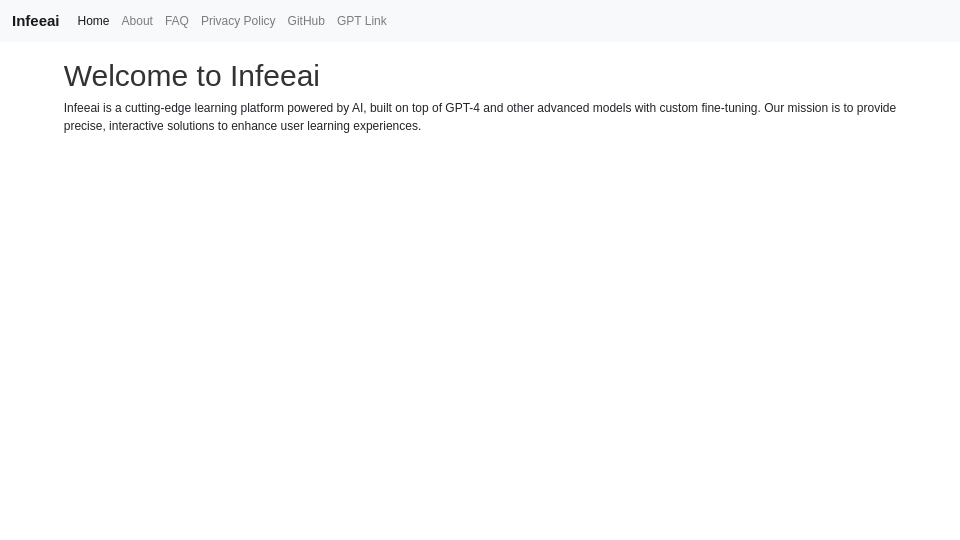
Repository: sundarsharma332/infeeaigpt
Page: index.html
An editor plug-in stored every save of this project. The page is shown before and after the next save, followed by the edit.
The browser window is 1280 px wide. The pictures show the whole page, at 75% of full size.

Above is the page before, as saved 2024-07-29 15:17:31.

### index.html
<!DOCTYPE html>
<html lang="en">

<head>
    <meta charset="UTF-8">
    <meta name="viewport" content="width=device-width, initial-scale=1.0">
    <title>Infeeai - AI-Powered Learning Solutions</title>
    <link href="https://maxcdn.bootstrapcdn.com/bootstrap/4.5.2/css/bootstrap.min.css" rel="stylesheet">
    <link rel="stylesheet" href="./css/style.css">
</head>

<body>
    <nav class="navbar navbar-expand-lg navbar-light bg-light">
        <a class="navbar-brand" href="#">Infeeai</a>
        <button class="navbar-toggler" type="button" data-toggle="collapse" data-target="#navbarNav"
            aria-controls="navbarNav" aria-expanded="false" aria-label="Toggle navigation">
            <span class="navbar-toggler-icon"></span>
        </button>
        <div class="collapse navbar-collapse" id="navbarNav">
            <ul class="navbar-nav">
                <li class="nav-item active">
                    <a class="nav-link" href="#" onclick="loadPage('home')">Home</a>
                </li>
                <li class="nav-item">
                    <a class="nav-link" href="#" onclick="loadPage('about')">About</a>
                </li>
                <li class="nav-item">
                    <a class="nav-link" href="#" onclick="loadPage('faq')">FAQ</a>
                </li>
                <li class="nav-item">
                    <a class="nav-link" href="#" onclick="loadPage('privacy')">Privacy Policy</a>
                </li>
                <li class="nav-item">
                    <a class="nav-link" href="https://github.com/your-repo" target="_blank">GitHub</a>
                </li>
                <li class="nav-item">
                    <a class="nav-link" href="https://gpt-link.com" target="_blank">GPT Link</a>
                </li>
            </ul>
        </div>
    </nav>

    <div class="container" id="content">
        <!-- Dynamic content will be loaded here -->
    </div>

    <script src="https://code.jquery.com/jquery-3.5.1.min.js"></script>
    <script src="https://cdnjs.cloudflare.com/ajax/libs/popper.js/1.16.0/umd/popper.min.js"></script>
    <script src="https://maxcdn.bootstrapcdn.com/bootstrap/4.5.2/js/bootstrap.min.js"></script>
    <script src="./js/app.js"></script>
</body>

</html>

### css/style.css
body {
    font-family: Arial, sans-serif;
}

.container {
    margin-top: 20px;
}

.navbar-brand {
    font-weight: bold;
}

h1,
h2 {
    color: #333;
}

p {
    margin-bottom: 20px;
}

### js/app.js
document.addEventListener('DOMContentLoaded', (event) => {
    loadPage('home');
});

function loadPage(page) {
    let content = document.getElementById('content');
    switch (page) {
        case 'home':
            content.innerHTML = `
                <h1>Welcome to Infeeai</h1>
                <p>Infeeai is a cutting-edge learning platform powered by AI, built on top of GPT-4 and other advanced models with custom fine-tuning. Our mission is to provide precise, interactive solutions to enhance user learning experiences.</p>
            `;
            break;
        case 'about':
            content.innerHTML = `
                <h1>About Infeeai</h1>
                <p>Infeeai is designed to provide precise, interactive solutions by attentively listening to users and asking for clarifications when needed. It ensures all interactions are contextually relevant and useful.</p>
            `;
            break;
        case 'faq':
            content.innerHTML = `
                <h1>Frequently Asked Questions</h1>
                <p><strong>Q1:</strong> How does Infeeai work?<br><strong>A1:</strong> Infeeai listens attentively to users, asks for clarifications, and ensures it provides precise, interactive solutions.</p>
                <p><strong>Q2:</strong> What models does Infeeai use?<br><strong>A2:</strong> Infeeai is built on top of GPT-4 and other advanced models with custom fine-tuning.</p>
            `;
            break;
        case 'privacy':
            content.innerHTML = `
                <h1>Privacy Policy</h1>
                <p>Welcome to Infeeai - The learning solutions powered by AI. Our service, built on top of GPT-4 and other models with custom fine-tuning, is designed to provide precise, interactive solutions by attentively listening to users and asking for clarifications when needed.</p>
                <h2>Information Collection and Use</h2>
                <p>We collect various types of information in connection with the services we provide, including:</p>
                <ul>
                    <li>Personal information such as your name, email address, and contact details.</li>
                    <li>Usage data including interactions with our AI, preferences, and feedback.</li>
                </ul>
                <h2>How We Use Information</h2>
                <p>We use the collected information to:</p>
                <ul>
                    <li>Provide and maintain our service.</li>
                    <li>Improve and personalize user experience.</li>
                    <li>Understand and analyze how our service is used.</li>
                    <li>Communicate with users, including sending updates and notifications.</li>
                </ul>
                <h2>Data Security</h2>
                <p>Your data security is important to us. We implement various measures to ensure the safety and confidentiality of your information. However, please note that no method of transmission over the internet or electronic storage is 100% secure.</p>
                <h2>Changes to This Privacy Policy</h2>
                <p>We may update our Privacy Policy from time to time. We will notify you of any changes by posting the new Privacy Policy on this page.</p>
                <h2>Contact Us</h2>
                <p>If you have any questions about this Privacy Policy, please contact us at <a href="mailto:info@infeeai.com">info@infeeai.com</a>.</p>
            `;
            break;
        default:
            content.innerHTML = '<h1>Page Not Found</h1>';
            break;
    }
}

After the next save:
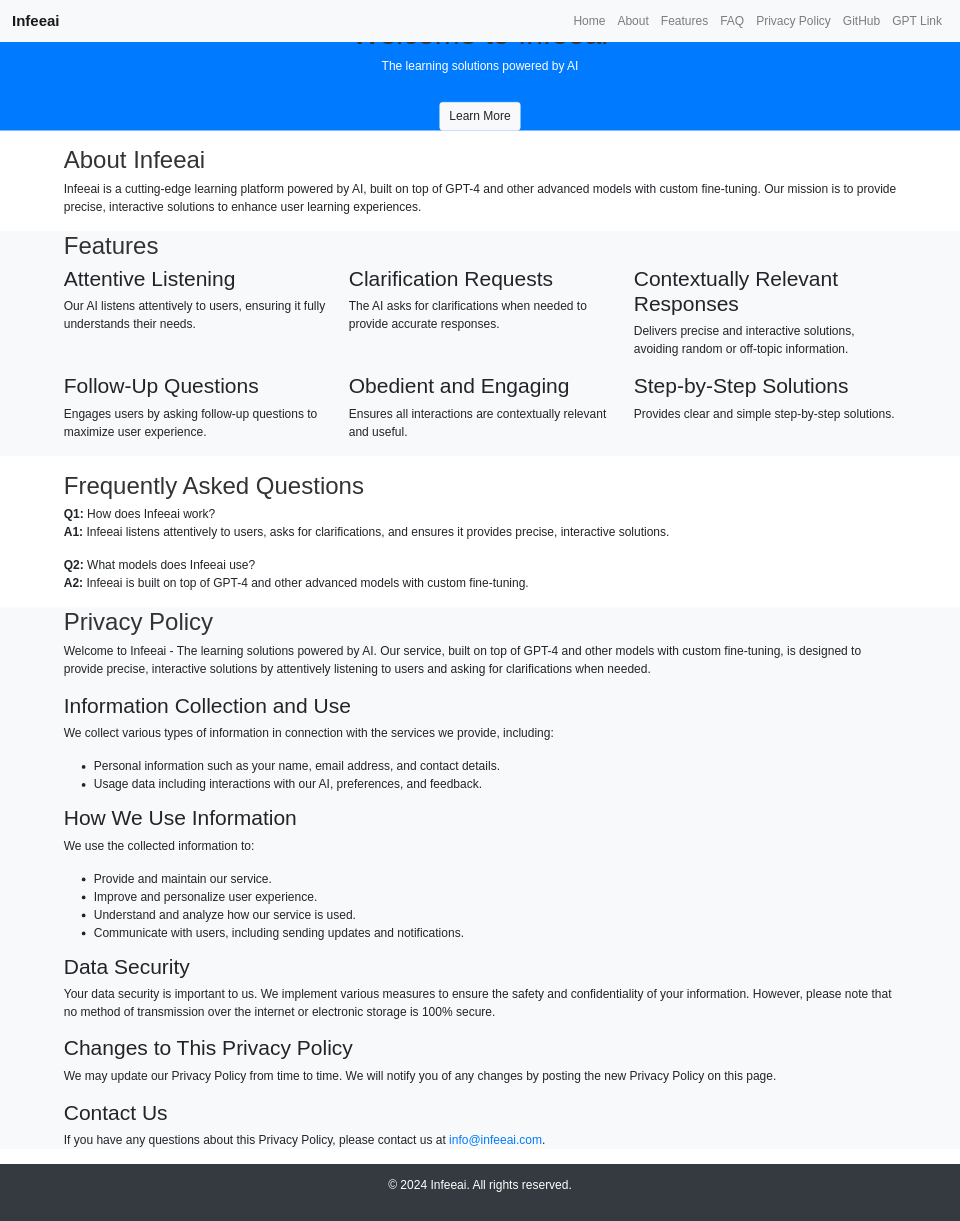
Console error: TypeError: Cannot set properties of null (setting 'innerHTML')
Saved 4 min 14 s later.
--- a/index.html
+++ b/index.html
@@ -10,25 +10,28 @@
 </head>
 
 <body>
-    <nav class="navbar navbar-expand-lg navbar-light bg-light">
+    <nav class="navbar navbar-expand-lg navbar-light bg-light fixed-top">
         <a class="navbar-brand" href="#">Infeeai</a>
         <button class="navbar-toggler" type="button" data-toggle="collapse" data-target="#navbarNav"
             aria-controls="navbarNav" aria-expanded="false" aria-label="Toggle navigation">
             <span class="navbar-toggler-icon"></span>
         </button>
         <div class="collapse navbar-collapse" id="navbarNav">
-            <ul class="navbar-nav">
-                <li class="nav-item active">
-                    <a class="nav-link" href="#" onclick="loadPage('home')">Home</a>
+            <ul class="navbar-nav ml-auto">
+                <li class="nav-item">
+                    <a class="nav-link" href="#home">Home</a>
                 </li>
                 <li class="nav-item">
-                    <a class="nav-link" href="#" onclick="loadPage('about')">About</a>
+                    <a class="nav-link" href="#about">About</a>
                 </li>
                 <li class="nav-item">
-                    <a class="nav-link" href="#" onclick="loadPage('faq')">FAQ</a>
+                    <a class="nav-link" href="#features">Features</a>
                 </li>
                 <li class="nav-item">
-                    <a class="nav-link" href="#" onclick="loadPage('privacy')">Privacy Policy</a>
+                    <a class="nav-link" href="#faq">FAQ</a>
+                </li>
+                <li class="nav-item">
+                    <a class="nav-link" href="#privacy">Privacy Policy</a>
                 </li>
                 <li class="nav-item">
                     <a class="nav-link" href="https://github.com/your-repo" target="_blank">GitHub</a>
@@ -40,9 +43,103 @@
         </div>
     </nav>
 
-    <div class="container" id="content">
-        <!-- Dynamic content will be loaded here -->
-    </div>
+    <section id="home" class="section bg-primary text-white text-center">
+        <div class="container">
+            <h1>Welcome to Infeeai</h1>
+            <p>The learning solutions powered by AI</p>
+            <a href="#about" class="btn btn-light mt-3">Learn More</a>
+        </div>
+    </section>
+
+    <section id="about" class="section">
+        <div class="container">
+            <h2>About Infeeai</h2>
+            <p>Infeeai is a cutting-edge learning platform powered by AI, built on top of GPT-4 and other advanced
+                models with custom fine-tuning. Our mission is to provide precise, interactive solutions to enhance user
+                learning experiences.</p>
+        </div>
+    </section>
+
+    <section id="features" class="section bg-light">
+        <div class="container">
+            <h2>Features</h2>
+            <div class="row">
+                <div class="col-md-4">
+                    <h3>Attentive Listening</h3>
+                    <p>Our AI listens attentively to users, ensuring it fully understands their needs.</p>
+                </div>
+                <div class="col-md-4">
+                    <h3>Clarification Requests</h3>
+                    <p>The AI asks for clarifications when needed to provide accurate responses.</p>
+                </div>
+                <div class="col-md-4">
+                    <h3>Contextually Relevant Responses</h3>
+                    <p>Delivers precise and interactive solutions, avoiding random or off-topic information.</p>
+                </div>
+            </div>
+            <div class="row">
+                <div class="col-md-4">
+                    <h3>Follow-Up Questions</h3>
+                    <p>Engages users by asking follow-up questions to maximize user experience.</p>
+                </div>
+                <div class="col-md-4">
+                    <h3>Obedient and Engaging</h3>
+                    <p>Ensures all interactions are contextually relevant and useful.</p>
+                </div>
+                <div class="col-md-4">
+                    <h3>Step-by-Step Solutions</h3>
+                    <p>Provides clear and simple step-by-step solutions.</p>
+                </div>
+            </div>
+        </div>
+    </section>
+
+    <section id="faq" class="section">
+        <div class="container">
+            <h2>Frequently Asked Questions</h2>
+            <p><strong>Q1:</strong> How does Infeeai work?<br><strong>A1:</strong> Infeeai listens attentively to users,
+                asks for clarifications, and ensures it provides precise, interactive solutions.</p>
+            <p><strong>Q2:</strong> What models does Infeeai use?<br><strong>A2:</strong> Infeeai is built on top of
+                GPT-4 and other advanced models with custom fine-tuning.</p>
+        </div>
+    </section>
+
+    <section id="privacy" class="section bg-light">
+        <div class="container">
+            <h2>Privacy Policy</h2>
+            <p>Welcome to Infeeai - The learning solutions powered by AI. Our service, built on top of GPT-4 and other
+                models with custom fine-tuning, is designed to provide precise, interactive solutions by attentively
+                listening to users and asking for clarifications when needed.</p>
+            <h3>Information Collection and Use</h3>
+            <p>We collect various types of information in connection with the services we provide, including:</p>
+            <ul>
+                <li>Personal information such as your name, email address, and contact details.</li>
+                <li>Usage data including interactions with our AI, preferences, and feedback.</li>
+            </ul>
+            <h3>How We Use Information</h3>
+            <p>We use the collected information to:</p>
+            <ul>
+                <li>Provide and maintain our service.</li>
+                <li>Improve and personalize user experience.</li>
+                <li>Understand and analyze how our service is used.</li>
+                <li>Communicate with users, including sending updates and notifications.</li>
+            </ul>
+            <h3>Data Security</h3>
+            <p>Your data security is important to us. We implement various measures to ensure the safety and
+                confidentiality of your information. However, please note that no method of transmission over the
+                internet or electronic storage is 100% secure.</p>
+            <h3>Changes to This Privacy Policy</h3>
+            <p>We may update our Privacy Policy from time to time. We will notify you of any changes by posting the new
+                Privacy Policy on this page.</p>
+            <h3>Contact Us</h3>
+            <p>If you have any questions about this Privacy Policy, please contact us at <a
+                    href="mailto:info@infeeai.com">info@infeeai.com</a>.</p>
+        </div>
+    </section>
+
+    <footer class="bg-dark text-white text-center py-3">
+        <p>&copy; 2024 Infeeai. All rights reserved.</p>
+    </footer>
 
     <script src="https://code.jquery.com/jquery-3.5.1.min.js"></script>
     <script src="https://cdnjs.cloudflare.com/ajax/libs/popper.js/1.16.0/umd/popper.min.js"></script>
